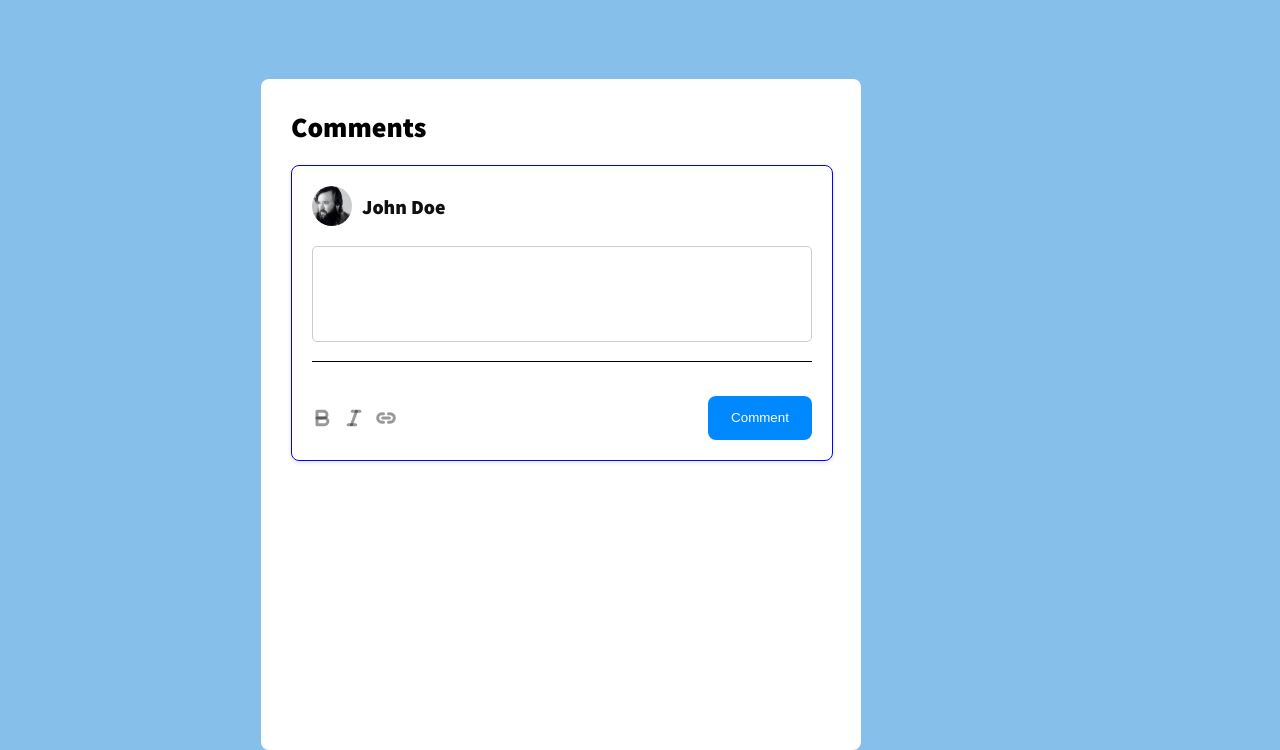
Repository: nikiforovki/appcommits
Page: /
These files come from the project's save history. The page is drawn as it stood at one moment and after the next save; the edit follows.
The browser window is 1280 px wide. The pictures show the whole page.
The project was rebuilt for these pictures with package versions that can differ from the ones it lists, and the page was loaded fresh each time. Requests to the local data server were answered from the project's data file. Also part of the build but not shown: webpack.config.ts.

Above is the page before, as saved 2024-09-08 15:54:53.

After the next save:
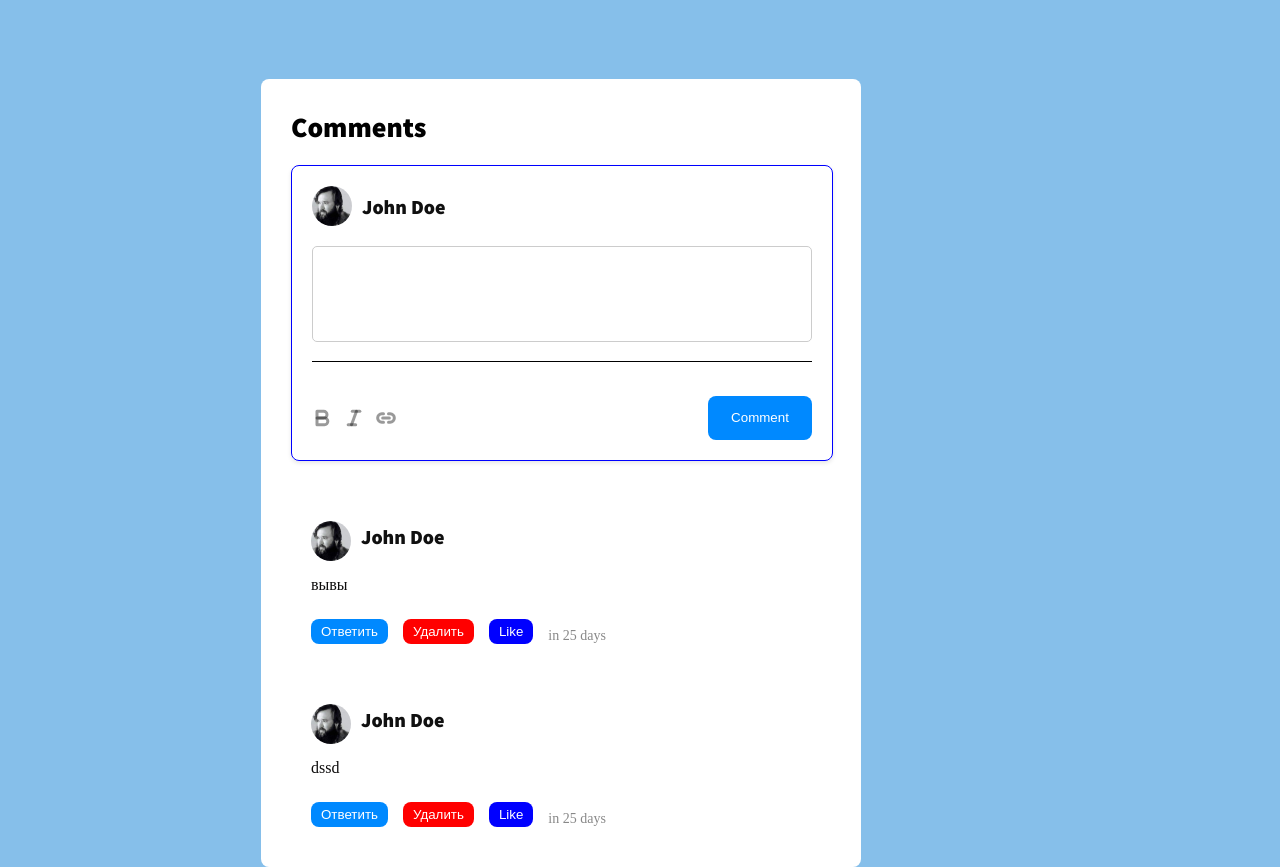
Saved 3 min 33 s later.
--- a/db.json
+++ b/db.json
@@ -1,4 +1,27 @@
 {
-  "comments": [],
+  "comments": [
+    {
+      "id": "1725799556584",
+      "img": "/img/IconMan.svg",
+      "author": "John Doe",
+      "text": "dssd",
+      "timestamp": "2024-09-08T12:45:56.584Z",
+      "liked": false,
+      "isBold": false,
+      "isItalic": false,
+      "isLink": false
+    },
+    {
+      "id": "1725800191471",
+      "img": "/img/IconMan.svg",
+      "author": "John Doe",
+      "text": "вывы",
+      "timestamp": "2024-09-08T12:56:31.471Z",
+      "liked": false,
+      "isBold": false,
+      "isItalic": false,
+      "isLink": false
+    }
+  ],
   "replies": []
 }
